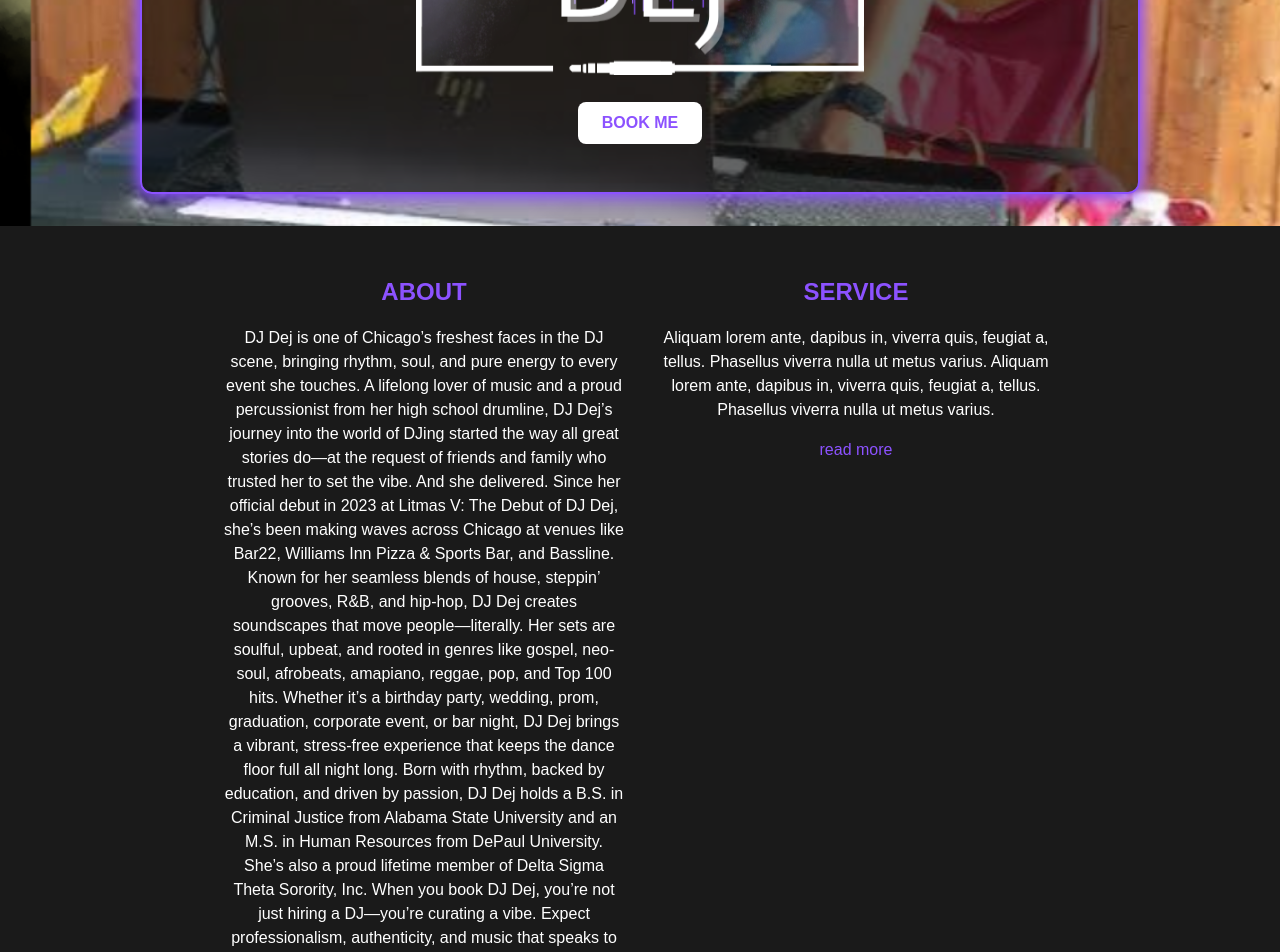
Repository: ErvinClay13/Dj-Dej-Website
Page: /
The author's editor kept a copy of each file at every save. The page is drawn from the files as they stood at one save, then again after the next save.
The browser window is 1280 px wide. The pictures show the part of the page from y = 355 to 1307 px (the page is 5440 px tall).
The project was rebuilt for these pictures with package versions that can differ from the ones it lists, and the page was loaded fresh each time. Also part of the build but not shown: vite.config.js.

Above is the page before, as saved 2025-05-13 11:54:08.

After the next save:
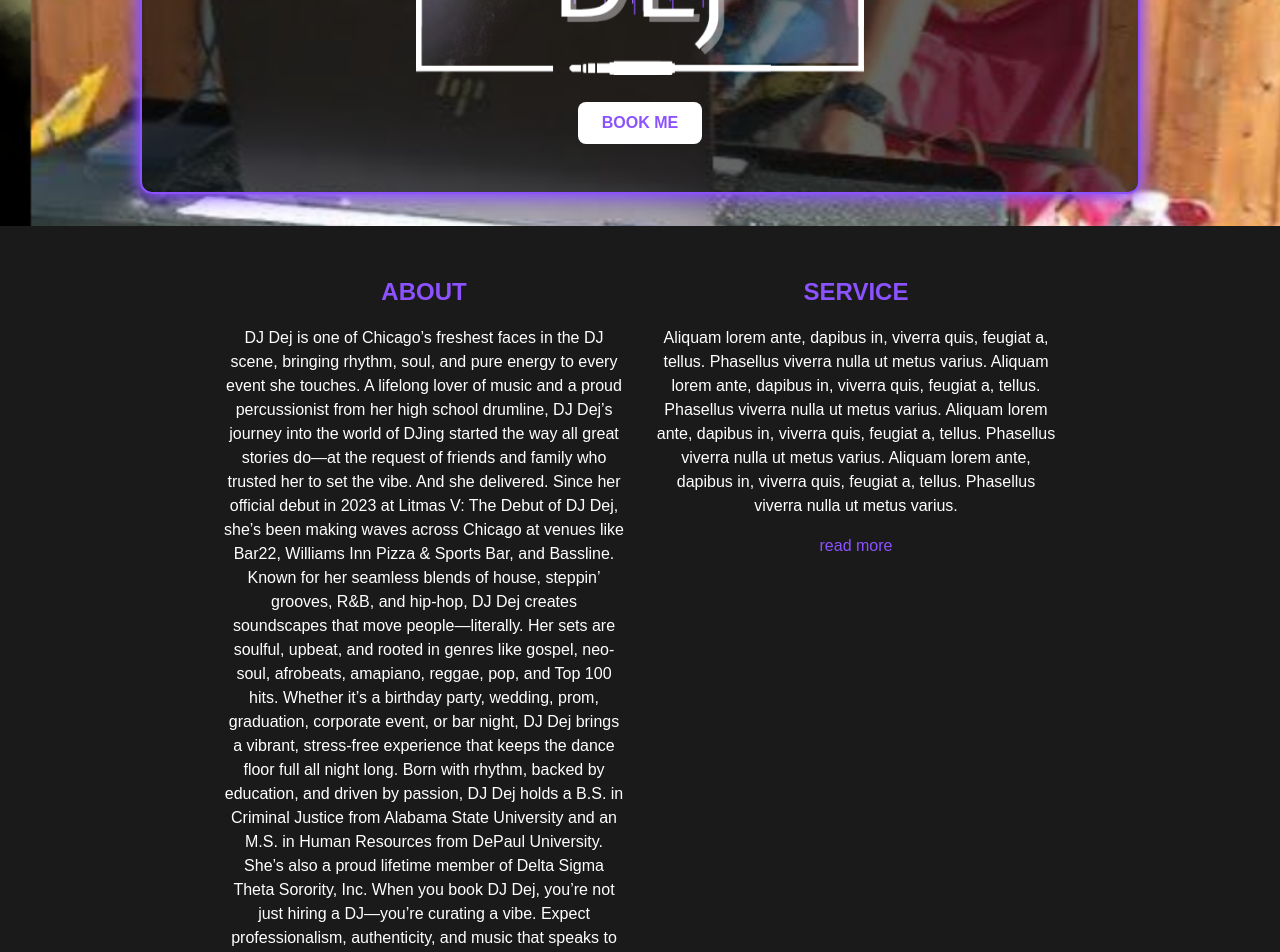
Saved 5 s later.
--- a/src/App.jsx
+++ b/src/App.jsx
@@ -101,6 +101,10 @@
             Phasellus viverra nulla ut metus varius.
             Aliquam lorem ante, dapibus in, viverra quis, feugiat a, tellus.
             Phasellus viverra nulla ut metus varius.
+            Aliquam lorem ante, dapibus in, viverra quis, feugiat a, tellus.
+            Phasellus viverra nulla ut metus varius.
+            Aliquam lorem ante, dapibus in, viverra quis, feugiat a, tellus.
+            Phasellus viverra nulla ut metus varius.
           </p>
           <a href="#">read more</a>
         </div>
